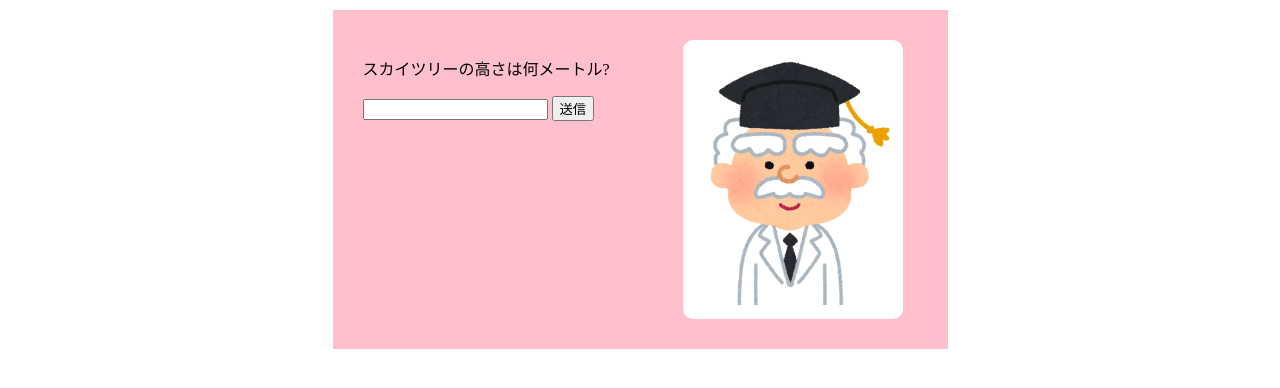
Repository: shotasuzuki01/shotaextest
Page: http://localhost/Quiz/
These files come from the project's save history. The page is drawn as it stood at one moment and after the next save; the edit follows.
The browser window is 1280 px wide. The pictures show the whole page.
The page is served by Tomcat 9.

Above is the page before, as saved 2022-05-25 05:15:58.

### Quiz/WebContent/index.html
<!DOCTYPE html>
<html>
<head>
<meta charset="UTF-8">
<title>Quiz</title>
<link rel="stylesheet" href="/Quiz/css/main.css">
</head>
<body>
<div id="container">
	<div id="boxA">
		<p>スカイツリーの高さは何メートル?</p>
		<form action="/Quiz/Result.jsp" method="post">
			<input type="text" name="ans">
			<input type="submit" value="送信">
		</form>
	</div>
	<div id="boxB">
		<div class="imgBox">
			<img src="/Quiz/images/smile.png" alt="">
		</div>
	</div>
</div>
</body>
</html>

### Quiz/WebContent/css/main.css
@charset "UTF-8";
#container{
	width:555px;
	margin:10px auto;
	background:pink;
	display:flex;
	padding:30px;
}
#boxA{
	width:300px;
	margin-right:20px;
}
#boxB .imgBox{
	border-radius:10px;
	overflow:hidden;
	width:200px;
	background:#fff;
	padding:18px 10px 10px;
}
#boxB .imgBox img{
	width:100%;
}

After the next save:
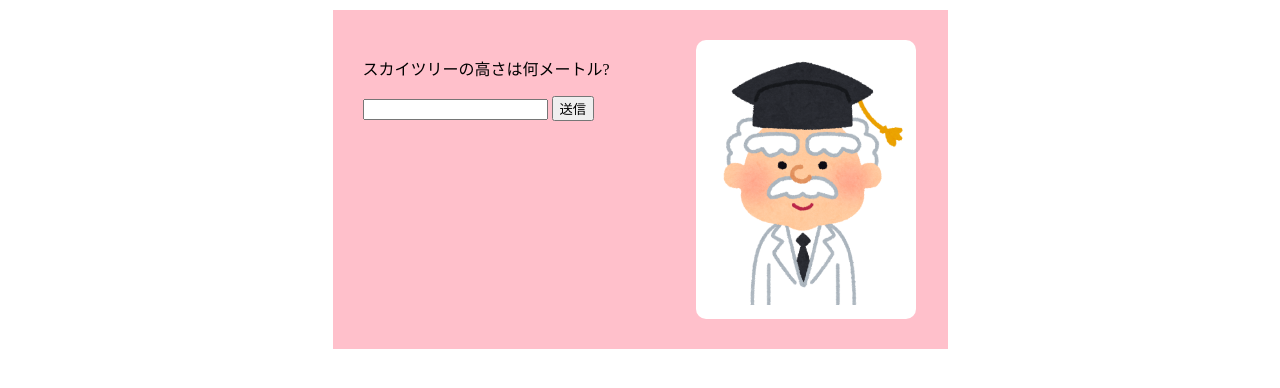
Saved 41 s later.
--- a/Quiz/WebContent/css/main.css
+++ b/Quiz/WebContent/css/main.css
@@ -7,7 +7,7 @@
 	padding:30px;
 }
 #boxA{
-	width:300px;
+	width:313px;
 	margin-right:20px;
 }
 #boxB .imgBox{
